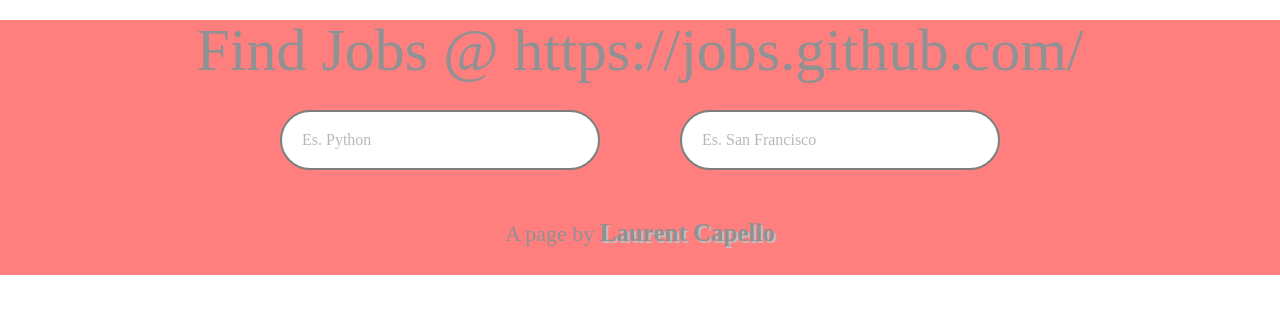
Repository: sokafootball/job-finder
Page: /
These files come from the project's save history. The page is drawn as it stood at one moment and after the next save; the edit follows.
The browser window is 1280 px wide. The pictures show the whole page.
The page's requests for data from a server got no answer. The project was rebuilt for these pictures with package versions that can differ from the ones it lists, and the page was loaded fresh each time. No one was signed in, and anything a server would have sent is missing. Also part of the build but not shown: src/components/JobCard/JobCard.css, src/components/JobCard/JobCard.js.

Above is the page before, as saved 2020-10-22 17:44:04.

### src/index.js
import 'bootstrap/dist/css/bootstrap.css';
import React from 'react';
import ReactDOM from 'react-dom';
import './index.css';
import App from './components/App/App';
import * as serviceWorker from './serviceWorker';

ReactDOM.render(
  <React.StrictMode>
    <App />
  </React.StrictMode>,
  document.getElementById('root')
);

// If you want your app to work offline and load faster, you can change
// unregister() to register() below. Note this comes with some pitfalls.
// Learn more about service workers: https://bit.ly/CRA-PWA
serviceWorker.unregister();

### src/index.css
body {
  margin: 0;
  font-family: -apple-system, BlinkMacSystemFont, 'Segoe UI', 'Roboto', 'Oxygen',
    'Ubuntu', 'Cantarell', 'Fira Sans', 'Droid Sans', 'Helvetica Neue',
    sans-serif;
  -webkit-font-smoothing: antialiased;
  -moz-osx-font-smoothing: grayscale;
}

code {
  font-family: source-code-pro, Menlo, Monaco, Consolas, 'Courier New',
    monospace;
}

/* http://meyerweb.com/eric/tools/css/reset/
   v2.0 | 20110126
   License: none (public domain)
*/

html, body, div, span, applet, object, iframe,
h1, h2, h3, h4, h5, h6, p, blockquote, pre,
a, abbr, acronym, address, big, cite, code,
del, dfn, em, img, ins, kbd, q, s, samp,
small, strike, strong, sub, sup, tt, var,
b, u, i, center,
dl, dt, dd, ol, ul, li,
fieldset, form, label, legend,
table, caption, tbody, tfoot, thead, tr, th, td,
article, aside, canvas, details, embed,
figure, figcaption, footer, header, hgroup,
menu, nav, output, ruby, section, summary,
time, mark, audio, video {
	margin: 0;
	padding: 0;
	border: 0;
	font-size: 100%;
	font: inherit;
	vertical-align: baseline;
}
/* HTML5 display-role reset for older browsers */
article, aside, details, figcaption, figure,
footer, header, hgroup, menu, nav, section {
	display: block;
}
body {
	line-height: 1;
}
ol, ul {
	list-style: none;
}
blockquote, q {
	quotes: none;
}
blockquote:before, blockquote:after,
q:before, q:after {
	content: '';
	content: none;
}
table {
	border-collapse: collapse;
	border-spacing: 0;
}

### src/components/App/App.js
import React from 'react';
import './App.css';
import Footer from "../Footer/Footer"
import Header from "../Header/Header"
import MainContent from "../MainContent/MainContent"
import Background from "../../background.jpg"

function App() {

  const style = {
    backgroundColor: "red",
    opacity: 0.5
  }

  return (
    <div id="main-div" style={style}>
      <Header />
      <MainContent />
      <Footer />
    </div>
  );
}

export default App;

### src/components/App/App.css
body{

}

.App {
  text-align: center;
}

.App-logo {
  height: 40vmin;
  pointer-events: none;
}

@media (prefers-reduced-motion: no-preference) {
  .App-logo {
    animation: App-logo-spin infinite 20s linear;
  }
}

.App-header {
  background-color: #282c34;
  min-height: 100vh;
  display: flex;
  flex-direction: column;
  align-items: center;
  justify-content: center;
  font-size: calc(10px + 2vmin);
  color: white;
}

.App-link {
  color: #61dafb;
}

@keyframes App-logo-spin {
  from {
    transform: rotate(0deg);
  }
  to {
    transform: rotate(360deg);
  }
}

#main-div{
  align-items: center;
  display: flex;
  flex-direction: column;
  margin-top: 20px;
}

### src/components/Footer/Footer.js
import React from 'react';
import './Footer.css';

function Footer(){
  return (
    <p id="footer">A page by <span id="signature">Laurent Capello</span></p>
  )
}

export default Footer

### src/components/Header/Header.js
import React from 'react';
import './Header.css';

function Header(){
  return (
      <p id="title">Find Jobs @ https://jobs.github.com/</p>
  )
}

export default Header

### src/components/MainContent/MainContent.js
import React, {useState, useEffect, useCallback} from 'react';
import _ from 'lodash';
import './MainContent.css';
import SearchForm from "../SearchForm/SearchForm"
import JobCard from "../JobCard/JobCard"

function MainContent(){
  const[jobCards, setJobCards] = useState([])
  const[data, setData] = useState([])
  const[userInput, setUserInput] = useState({
    description: "",
    location: "",
    fullTime: true
  })

  const handleFormChange = e => {
    const {name, value, type, checked} = e.target
    type === "checkbox"
      ? setUserInput({...userInput, [name]: checked})
      : setUserInput({...userInput,[name]: value})
  }

  const buildUrl = () => {
    let url = "https://jobs.github.com/positions.json?"
    url += userInput.description ? `&description=${userInput.description}` : ""
    url += userInput.location ? `&location=${userInput.location}` : ""
    url += userInput.fullTime ? `&full_time=${userInput.fullTime}` : ""
    return url
    }

  const getData = url => {
    fetch(url)
    .then(response => response.json())
    .then(data => setData(data))
  }

  const debouncedGetData = useCallback(_.debounce(getData, 1500,{leading: true}),[])

  useEffect(() => {
    const url = buildUrl()
    debouncedGetData(url)
  // eslint-disable-next-line react-hooks/exhaustive-deps
  }, [userInput])

  useEffect(() => {
    let cards = []
    if(data.length !== 0) {
      cards = data.map(job => {
        return <JobCard
          key={job.id}
          date={job.created_at}
          logo={job.company_logo}
          company={job.company}
          location={job.location}
          type={job.type}
          title={job.title}
          url={job.url}
          description={job.description}
        />
     })
    }
    setJobCards(cards)
  // eslint-disable-next-line react-hooks/exhaustive-deps
  }, [data])

    return (
      <div id="main">
        <SearchForm
          handleFormChange={handleFormChange}
          userInput={userInput}
        />
        {jobCards}
      </div>
    )
}

export default MainContent

### src/components/Footer/Footer.css
#footer{
  font-size: 22px;
  margin: 20px 0px 30px 0px;
}

#signature{
  text-shadow: grey 2px 2px;
  font-size: 25px;
  font-weight: 800;
}

### src/components/Header/Header.css
#title{
  font-size: 60px;
}

### src/components/MainContent/MainContent.css
#main{
  align-items: center;
  display: flex;
  flex-direction: column;
  justify-content: space-between;
}

### src/components/SearchForm/SearchForm.js
import React from 'react';
import './SearchForm.css';

function SearchForm(props){
  return (
    <div id="form-container">
        <input
          className="input-text"
          name="description"
          type="text"
          onChange={e => props.handleFormChange(e)}
          placeholder="Es. Python"
          value={props.userInput.description}
        />
        <input
          className="input-text"
          name="location"
          type="text"
          onChange={e => props.handleFormChange(e)}
          placeholder="Es. San Francisco"
          value={props.userInput.location}
        />
    </div>
  )
}

export default SearchForm

### src/components/SearchForm/SearchForm.css
input{
  cursor: pointer;
}

.input-text {
  border: 2px solid black;
  border-radius: 30px;
  height: 60px;
  outline: none;
  padding: 0px 20px;
  width: 40%;
}

#form-container{
  display: flex;
  justify-content: space-around;
  margin: 30px;
  width: 800px;
}

Loaded but not shown: public/index.html (common file); src/serviceWorker.js (common file)

After the next save:
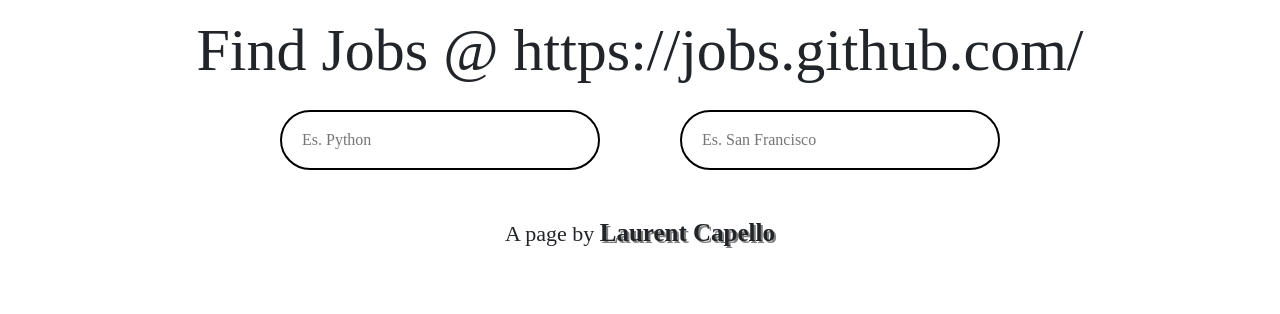
Saved 15 s later.
--- a/src/components/App/App.js
+++ b/src/components/App/App.js
@@ -7,13 +7,8 @@
 
 function App() {
 
-  const style = {
-    backgroundColor: "red",
-    opacity: 0.5
-  }
-
   return (
-    <div id="main-div" style={style}>
+    <div id="main-div">
       <Header />
       <MainContent />
       <Footer />
